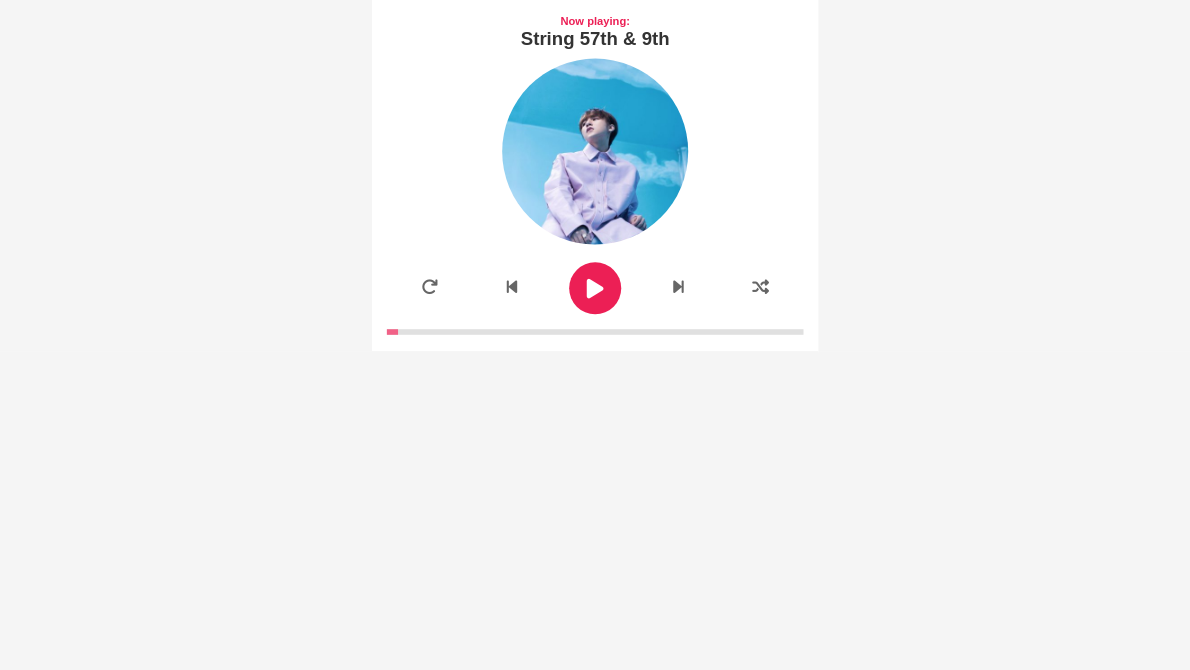
Repository: projectadmim/MyApp
Page: main.html
An editor plug-in stored every save of this project. The page is shown before and after a run of saves, followed by the edit.
The browser window is 1280 px wide. The pictures show the whole page, at 93% of full size.

Above is the page before, as saved 2023-10-11 20:27:33.
Console error: SyntaxError: Unexpected token '}'

After the next 8 saves:
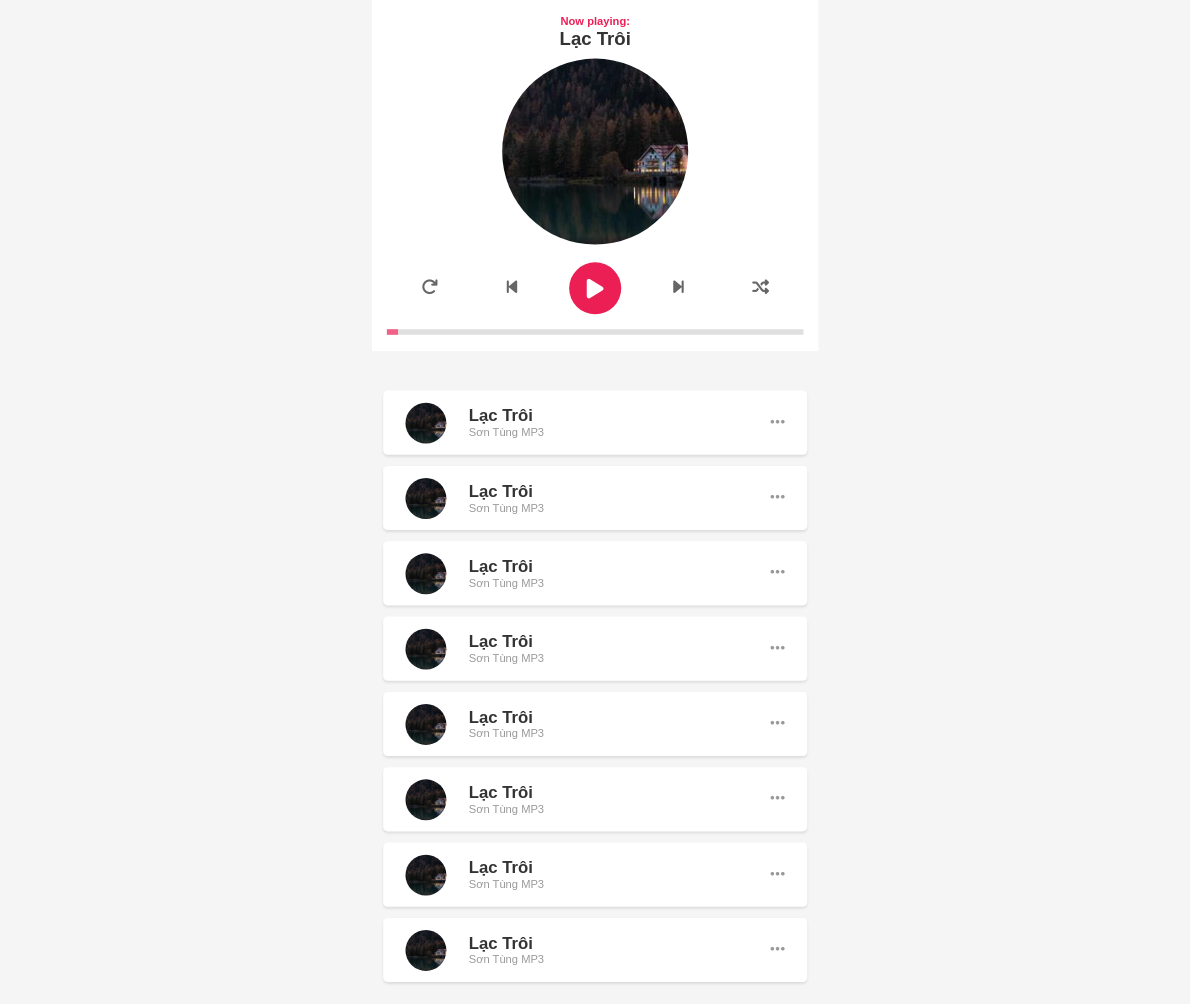
The error is gone.
The 8 saves are shown as one change because they came seconds apart.
The last was saved 18 s later.
--- a/text.js
+++ b/text.js
@@ -101,7 +101,8 @@ const app={
       const audio=$('#audio');
       console.log(heading,cdthumb,audio);
       heading.textContent=this.crrentSongs.name;
-      cdthumb.style.backgroundImage=`url('${}')`
+      cdthumb.style.backgroundImage=`url('${this.crrentSongs.image}')`
+      audio.src=this.crrentSongs.path;
      },
      stars:function(){
       //định nghĩa  các thuộc tihs trong oject
